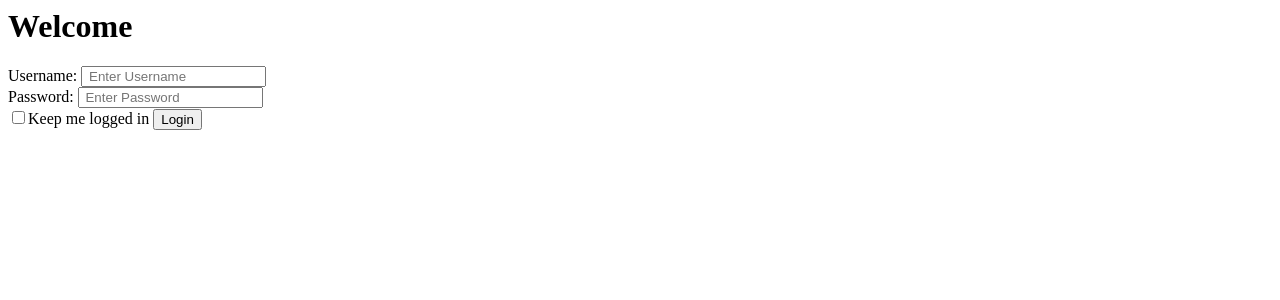
Repository: varshaumeshhs55/ServletProject
Page: LoginRegistrationApp/WebContent/index.html
An editor plug-in stored every save of this project. The page is shown before and after the next save, followed by the edit.
The browser window is 1280 px wide. The pictures show the whole page.

Above is the page before, as saved 2019-01-22 09:40:20.

### LoginRegistrationApp/WebContent/index.html
<html>
<head>
<h1>Welcome</h1>
</head>
<body>
	<form action="login" method="post">
	<label for="username">Username:</label>
		 <input type="text" name="username" placeholder=" Enter Username"><br>
		 <label for="password">Password:</label>
		 <input type="password" name="password" placeholder=" Enter Password"><br>
		 <input type="checkbox"><label for="checkbox">Keep me logged in</label>
		 <input type="submit" value="Login"><br>
	</form>
</body>
</html>

After the next save:
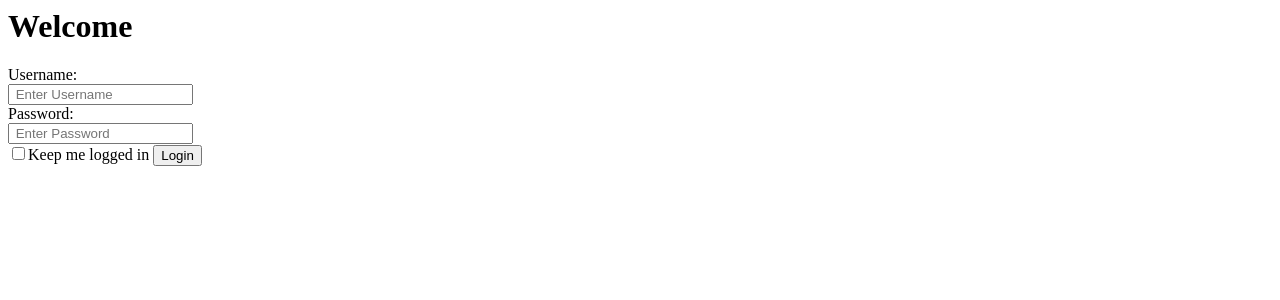
Saved 2 min 17 s later.
--- a/LoginRegistrationApp/WebContent/index.html
+++ b/LoginRegistrationApp/WebContent/index.html
@@ -4,9 +4,9 @@
 </head>
 <body>
 	<form action="login" method="post">
-	<label for="username">Username:</label>
+	<label for="username">Username:</label><br>
 		 <input type="text" name="username" placeholder=" Enter Username"><br>
-		 <label for="password">Password:</label>
+		 <label for="password">Password:</label><br>
 		 <input type="password" name="password" placeholder=" Enter Password"><br>
 		 <input type="checkbox"><label for="checkbox">Keep me logged in</label>
 		 <input type="submit" value="Login"><br>
